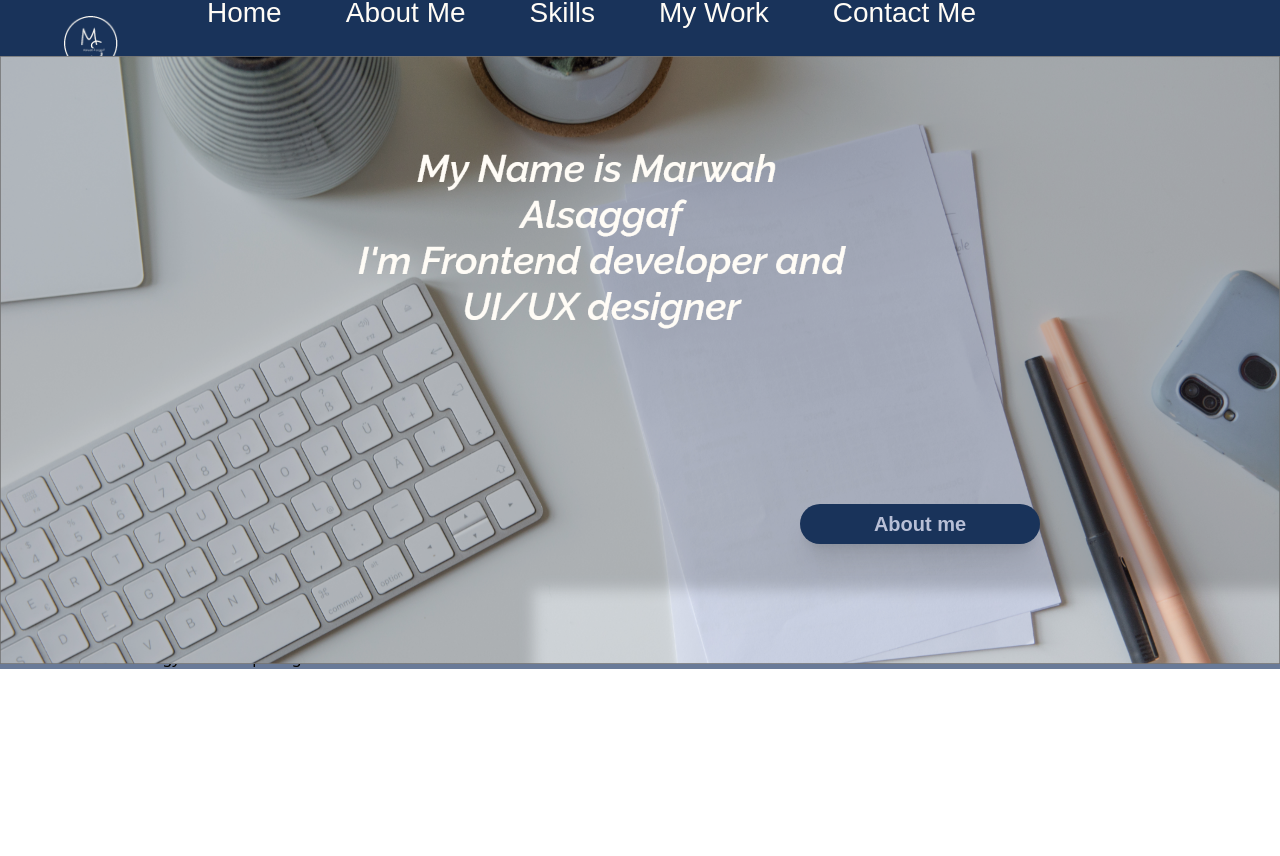
Repository: MEROO1010/my_portfolio
Page: /
These files come from the project's save history. The page is drawn as it stood at one moment and after the next save; the edit follows.
The browser window is 1280 px wide. The pictures show the whole page.
The project was rebuilt for these pictures with package versions that can differ from the ones it lists, and the page was loaded fresh each time. The framework's server and built-in components were replaced by stand-ins that run in the browser. Also part of the build but not shown: next.config.js.

Above is the page before, as saved 2023-03-10 02:07:58.

After the next save:
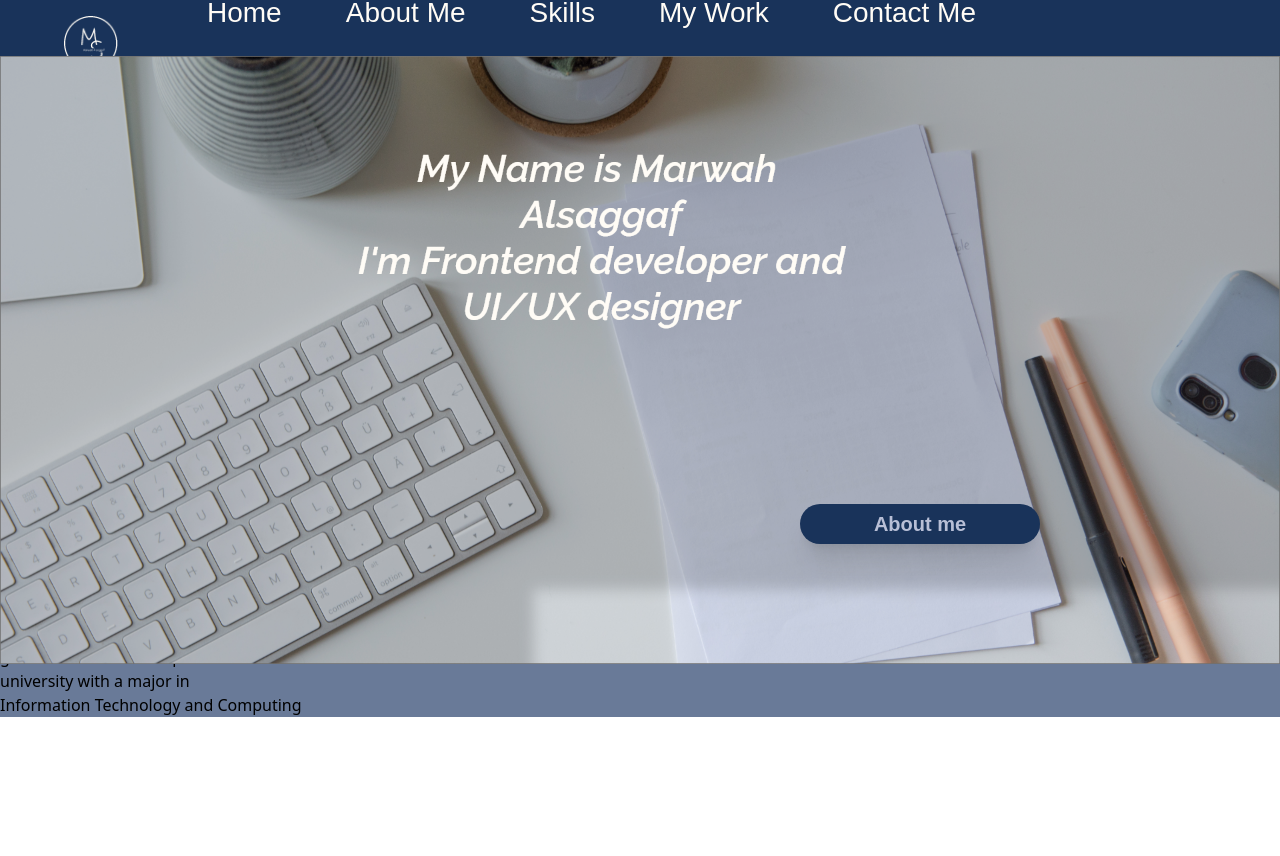
Saved 45 s later.
--- a/pages/components/AboutMe.tsx
+++ b/pages/components/AboutMe.tsx
@@ -4,7 +4,7 @@ import Image from 'next/image'
 
 const AboutMe = () => {
   return (
-    <div className="bg-[#697A98] mw-4 ">
+    <div className="bg-[#697A98]  ">
 
         <div className="">
         <Image src="/assets/images/laptop-screen.png" alt="laptop" width={400} height={10}/>
@@ -13,6 +13,7 @@ const AboutMe = () => {
 
         <div>
             <h1>About me</h1>
+            <br/><br/>
             <p>
             My name is Marwah Alsaggaf,<br/> and I'm software-developer <br/>
             and graphic designer. I <br/>
